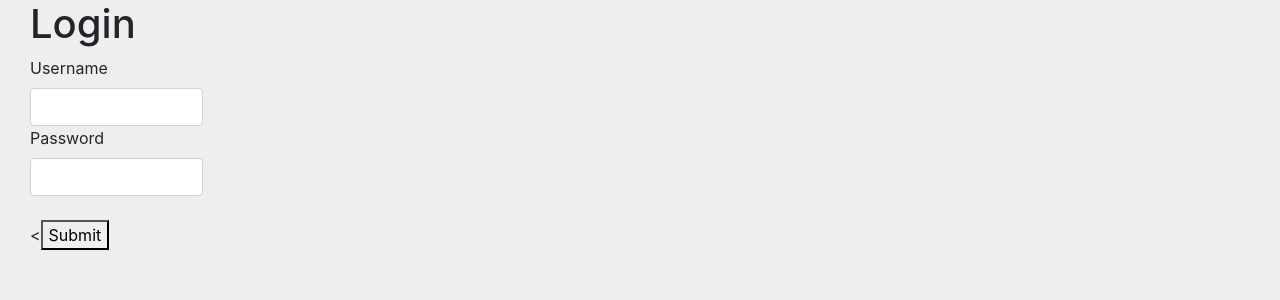
Repository: neoighodaro-articles/migrating-to-laravel
Page: http://localhost/
An editor plug-in stored every save of this project. The page is shown before and after the next save, followed by the edit.
The browser window is 1280 px wide. The pictures show the whole page.
The page is run by PHP 8.4 with error messages shown; the project is at /var/www/html/.

Above is the page before, as saved 2018-06-12 18:39:34.

### vanilla/index.php
<!DOCTYPE html>
<html lang="en">
<head>
  <meta charset="UTF-8">
  <meta name="viewport" content="width=device-width, initial-scale=1.0">
  <meta http-equiv="X-UA-Compatible" content="ie=edge">
  <title>Vanilla Todo App</title>
  <link rel="stylesheet" href="https://stackpath.bootstrapcdn.com/bootstrap/4.1.1/css/bootstrap.min.css" integrity="sha384-WskhaSGFgHYWDcbwN70/dfYBj47jz9qbsMId/iRN3ewGhXQFZCSftd1LZCfmhktB" crossorigin="anonymous">
  <style>
    body {
      background: #EEE;
    }
  </style>
</head>
<body>
  <div class="col-md-6">
    <div class="col-md-4 col-md-offset-3">
      <h1> Login </h1>
      <label>Username</label>
      <input type="text" class="form-control">
      <label>Password</label>
      <input type="password" class="form-control">
      <br>
      <<button type="submit">Submit</button>
    </div>
  </div>
</body>
</html>

After the next save:
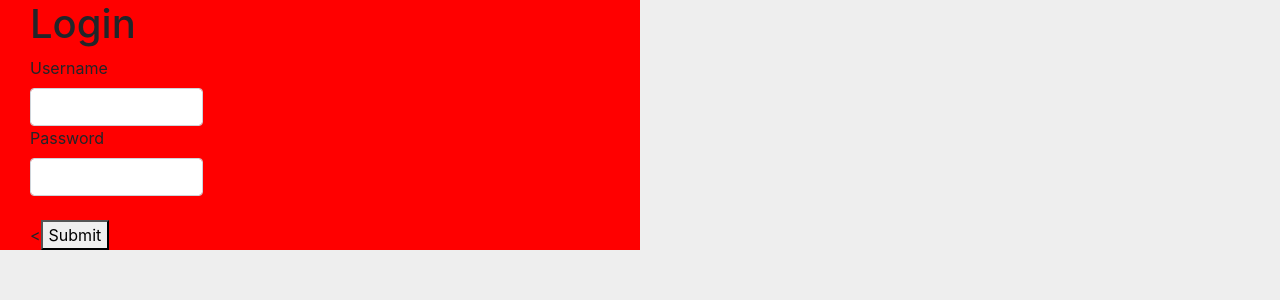
Saved 8 s later.
--- a/vanilla/index.php
+++ b/vanilla/index.php
@@ -13,7 +13,7 @@
   </style>
 </head>
 <body>
-  <div class="col-md-6">
+  <div class="col-md-6" style="background: red">
     <div class="col-md-4 col-md-offset-3">
       <h1> Login </h1>
       <label>Username</label>
